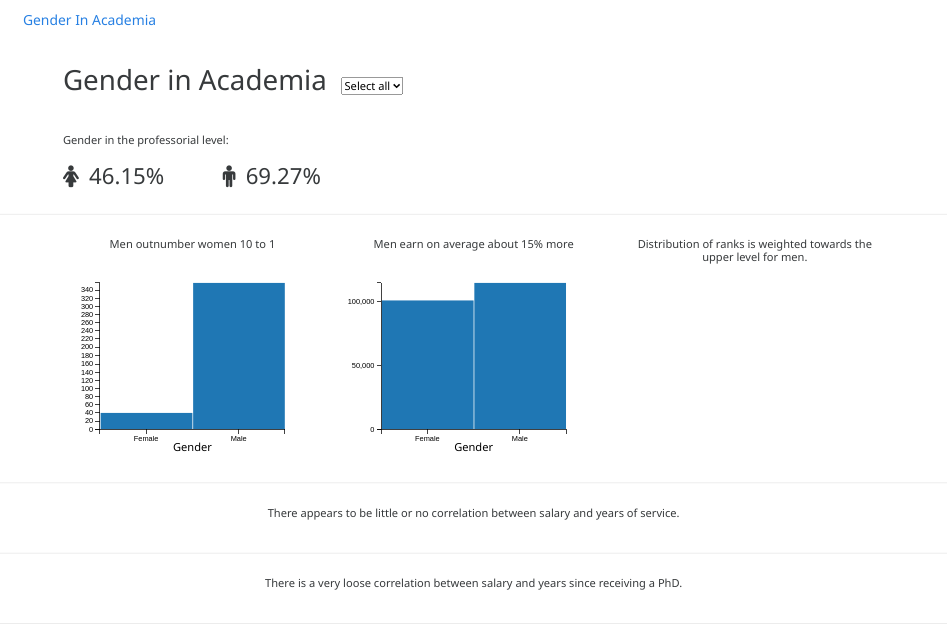
Repository: Angie55/dashboard-mini-project
Page: index.html
The author's editor kept a record of every edit. The page is drawn from the files as they stood at one moment, then again after the next edit.
The browser window is 1280 px wide. The pictures show the whole page, at 74% of full size.

Above is the page before.
Console error: TypeError: Cannot read properties of null (reading 'textContent')

### index.html
<!DOCTYPE html>
<html lang="en">
<head>
    <meta charset="UTF-8">
    <meta name="viewport" content="width=device-width, initial-scale=1.0">
    <meta http-equiv="X-UA-Compatible" content="ie=edge">
    <title>Gender In Academia</title>

    <link rel="stylesheet" href="static/css/bootstrap.min.css" type="text/css"/>
    <link rel="stylesheet" href="static/css/dc.min.css" type="text/css"/>
    <link rel="stylesheet" type="text/css" href="https://maxcdn.bootstrapcdn.com/font-awesome/4.7.0/css/font-awesome.min.css">
    <link rel="stylesheet" href="static/css/style.css" type="text/css"/>

    <script type="text/javascript" src="static/js/d3.min.js"></script>
    <script type="text/javascript" src="static/js/crossfilter.min.js"></script>
    <script type="text/javascript" src="static/js/dc.min.js"></script>
    <script type="text/javascript" src="static/js/queue.min.js"></script>
    <script type="text/javascript" src="static/js/graph.js"></script>
</head>

<body>
    <nav class="navbar navbar-default">
      <div class="container-fluid">
        <div class="navbar-header">
          <a class="navbar-brand" href="#">Gender In Academia</a>
        </div>
    </div>
    </nav>

    <main>
      <section class="section">
        <div class="container">

          <div class="row">
            <div class="col-xs-12 col-sm-12">
              <h1 class="section-heading">Gender in Academia</h1>
              <div id="discipline-selector"></div>
            </div>
          </div>

          <div class="row">
                    <div class="col-xs-12 col-sm-12">
                        <p class="section-paragraph">Gender in the professorial level:</p>
                    </div>

            <div class="col-xs-12 col-sm-6 col-lg-6">
                <i class="fa fa-female fa-gender" aria-hidden="true"></i> <span class="number-box" id="percent-of-women-professors"></span>
                <i class="fa fa-male fa-gender" aria-hidden="true"></i> <span class="number-box" id="percent-of-men-professors"></span>
            </div>
          </div>
        </div>
    </section>


      <section class="section">
        <div class="container">

          <div class="row">
            <div class="col-xs-12 col-sm-4 text-center">
              <p class="section-paragraph">Men outnumber women 10 to 1</p>
              </div>
              <div class="col-xs-12 col-sm-4 text-center">
                <p class="section-paragraph">Men earn on average about 15% more</p>
              </div>
              <div class="col-xs-12 col-sm-4 text-center">
                            <p class="section-paragraph">Distribution of ranks is weighted towards the upper level for men.</p>
                        </div>
            </div>

            <div class="row">
              <div class="col-xs-12 col-sm-4 text-center" id="gender-balance" class="custom-chart"></div>
              <div class="col-xs-12 col-sm-4 text-center" id="average-salary" class="custom-chart"></div>
              <div class="col-xs-12 col-sm-4 text-center" id="rank-distribution" class="custom-chart"></div>
            </div>
          </div>
        </section>

        <section class="section">
          <div class="container">

            <div class="row">
              <div class="col-xs-12 col-sm-12 text-center">
                <p class="section-paragraph">There appears to be little or no correlation between salary and years of service.</p>
            </div>

            <div class="col-xs-12 col-sm-12 text-center" id="service-salary">

            </div>
          </div>
        </div>
      </section>

      <section class="section">
        <div class="container">

          <div class="row">
            <div class="col-xs-12 col-sm-12 text-center">
              <p class="section-paragraph">There is a very loose correlation between salary and years since receiving a PhD.</p>
            </div>

            <div class="col-xs-12 col-sm-12 text-center" id="phd-salary"></div>
          </div>

        </div>
      </section>
   </main>
</body>
</html>

### static/css/style.css


.navbar-default {
	background-image: none;
	margin-bottom: 0;
}

.section-heading, #discipline-selector {
	display: inline-block;
	float: none;
	margin: 0;
}

.section-heading {
	margin-bottom: 50px;
}

#discipline-selector {
	margin-left: 15px;
}

.number-box {
	margin-right: 75px;
}

.number-box, .fa.fa-gender {
    font-size: 30px;
    font-weight: 500;
}

.fa-gender {
	margin-right: 10px;
}

.custom-chart {
	margin-bottom: 40px;
}

.section {
	border-bottom: 1px solid #e6e6e6;
	padding: 30px 0;
}

.section-paragraph {
	line-height: 1.2;
}

### static/js/graph.js
queue()
    .defer(d3.csv, 'data/Salaries.csv')
    .await(makeGraphs);

function makeGraphs(error, salaryData) {
    var ndx = crossfilter(salaryData);

    salaryData.forEach(function(d){
        d.salary = parseInt(d.salary);
        d.yrs_since_phd = parseInt(d["yrs.since.phd"]);
        d.yrs_service = parseInt(d["yrs.service"]);
    });

    show_discipline_selector(ndx);

    show_percent_that_are_professors(ndx, "Female", "#percent-of-women-professors");
    show_percent_that_are_professors(ndx, "Male", "#percent-of-men-professors");

    show_gender_balance(ndx);
    show_average_salary(ndx);
    show_rank_distribution(ndx);

    show_service_to_salary_correlation(ndx);
    show_phd_to_salary_correlation(ndx);

    dc.renderAll();
}

function show_discipline_selector(ndx){
    var dim = ndx.dimension(dc.pluck('discipline'));
    var group = dim.group();

    dc.selectMenu('#discipline-selector')
    .dimension(dim)
    .group(group);
}


function show_percent_that_are_professors(ndx, gender, element) {
    var percentageThatAreProf = ndx.groupAll().reduce (
        function(p, v) {
            if (v.sex === gender) {
                p.count++;
                if (v.rank === 'Prof') {
                    p.are_prof++;
                }
            }
            return p;
        },
        function(p, v) {
            if (v.sex === gender) {
                p.count--;
                if (v.rank === "Prof") {
                    p.are_prof--;
                }
            }
            return p;
        },
        function () {
            return {count: 0, are_prof: 0}
        }
    );

    dc.numberDisplay(element)
    .formatNumber(d3.format('.2%'))
    .valueAccessor(function (d) {
            if (d.count == 0) {
                return 0;
            } else {
                return (d.are_prof / d.count);
            }
        })
        .group(percentageThatAreProf)
}


function show_gender_balance(ndx) {
    var dim = ndx.dimension(dc.pluck('sex'));
    var group = dim.group();

    dc.barChart('#gender-balance')
    .width(350)
    .height(250)
    .margins({top: 10, right: 50, bottom: 30, left: 50})
    .dimension(dim)
    .group(group)
    .transitionDuration(500)
    .x(d3.scale.ordinal())
    .xUnits(dc.units.ordinal)
    .xAxisLabel('Gender')
    .yAxis().ticks(20);
}

function show_average_salary(ndx) {
    var dim = ndx.dimension(dc.pluck('sex'));

    function add_item(p, v) {
        p.count++;
        p.total += v.salary;
        p.average = p.total / p.count;
        return p;
    }

    function remove_item(p, v) {
        p.count--;
        if(p.count == 0) {
            p.total = 0;
            p.average = 0;
        } else {
        p.total -= v.salary;
        p.average = p.total / p.count;
        }
        return p;
    }

    function initialise() {
        return {count: 0, total: 0, average: 0}
    }

    var averageSalaryByGender = dim.group().reduce(add_item, remove_item, initialise);

    dc.barChart('#average-salary')
    .width(350)
    .height(250)
    .margins({top: 10, right: 50, bottom: 30, left: 50})
    .dimension(dim)
    .group(averageSalaryByGender)
    .valueAccessor(function(d) {
        return d.value.average.toFixed(2);
    })
    .transitionDuration(500)
    .x(d3.scale.ordinal())
    .xUnits(dc.units.ordinal)
    .elasticY(true)
    .xAxisLabel('Gender')
    .yAxis().ticks(4);

}

function show_rank_distribution(ndx) {

  function rankByGender(dimension, rank) {
      return dimension.group().reduce(
    function(p, v) {
        p.total++;
        if(v.rank == rank) {
            p.match++;
        }
        return p;
    },
    function(p, v) {
        p.total--;
        if(v.rank == rank) {
            p.match--;
        }
        return p;
    },
    function () {
        return {total: 0, match: 0}
    }
  );
 }


  var dim = ndx.dimension(dc.pluck('sex'));
  var profByGender = rankByGender(dim, 'Prof');
  var asstProfByGender = rankByGender(dim, 'AsstProf');
  var assocProfByGender = rankByGender(dim, 'AssocProf');

  dc.barChart('#ranking-distribution')
    .width(350)
    .height(250)
    .dimension(dim)
    .group(profByGender, 'Prof')
    .stack(asstProfByGender, 'Asst Prof')
    .stack(assocProfByGender, 'Assoc Prof')
    .valueAccessor(function(d) {
        if(d.value.total > 0) {
         return (d.value.match / d.value.total) * 100;
    } else {
        return 0;
       }
    })
    .x(d3.scale.ordinal())
    .xUnits(dc.units.ordinal)
    .xAxisLabel("Gender")
    .legend(dc.legend().x(320).y(20).itemHeight(15).gap(5))
    .margins({top: 10, right: 100, bottom: 30, left: 30});
}

function show_service_to_salary_correlation(ndx) {

    var genderColors = d3.scale.ordinal()
    .domain(['Female', 'Male'])
    .range(['pink', 'blue']);

    var eDim = ndx.dimension(dc.pluck("yrs_service"));
    var experienceDim = ndx.dimension(function(d) {
        return [d.yrs_service, d.salary, d.rank, d.sex];
    });
    var experienceSalaryGroup = experienceDim.group();

    var minExperience = eDim.bottom(1)[0].yrs_service;
    var maxExperience = eDim.top(1)[0].yrs_service;

    dc.scatterPlot("#service-salary")
        .width(800)
        .height(400)
        .x(d3.scale.linear().domain([minExperience, maxExperience]))
        .brushOn(false)
        .symbolSize(8)
        .clipPadding(10)
        .yAxisLabel("Salary")
        .xAxisLabel("Years Of Service")
        .title(function(d) {
            return d.key[2] + " earned " + d.key[1];
        })
        .colorAccessor(function(d) {
            return d.key[3];
        })
        .colors(genderColors)
        .dimension(experienceDim)
        .group(experienceSalaryGroup)
        .margins({top: 10, right: 50, bottom: 75, left: 75});
}

function show_phd_to_salary_correlation(ndx) {

    var genderColors = d3.scale.ordinal()
        .domain(["Female", "Male"])
        .range(["pink", "blue"]);

    var pDim = ndx.dimension(dc.pluck("yrs_since_phd"));
    var phdDim = ndx.dimension(function(d) {
       return [d.yrs_since_phd, d.salary, d.rank, d.sex];
    });
    var phdSalaryGroup = phdDim.group();

    var minPhd = pDim.bottom(1)[0].yrs_since_phd;
    var maxPhd = pDim.top(1)[0].yrs_since_phd;

    dc.scatterPlot("#phd-salary")
        .width(800)
        .height(400)
        .x(d3.scale.linear().domain([minPhd, maxPhd]))
        .brushOn(false)
        .symbolSize(8)
        .clipPadding(10)
        .xAxisLabel("Years Since PhD")
        .title(function(d) {
            return d.key[2] + " earned " + d.key[1];
        })
        .colorAccessor(function (d) {
            return d.key[3];
        })
        .colors(genderColors)
        .dimension(phdDim)
        .group(phdSalaryGroup)
        .margins({top: 10, right: 50, bottom: 75, left: 75});
}

Loaded but not shown: static/css/bootstrap.min.css (library); static/css/dc.min.css (library); static/js/d3.min.js (library); static/js/crossfilter.min.js (library); static/js/dc.min.js (library); static/js/queue.min.js (common file)

After the next edit:
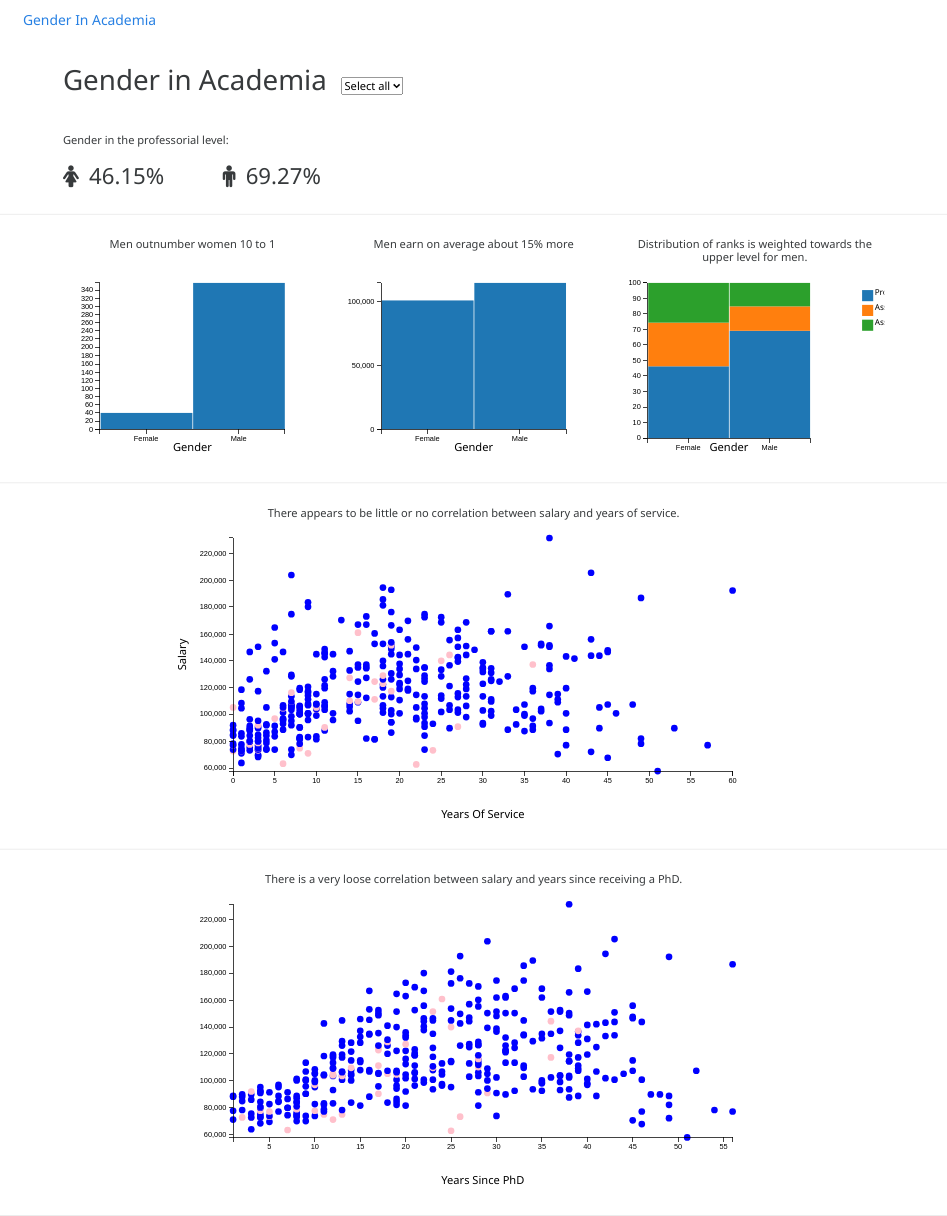
The error is gone.
The edit:
--- a/index.html
+++ b/index.html
@@ -70,7 +70,7 @@
             <div class="row">
               <div class="col-xs-12 col-sm-4 text-center" id="gender-balance" class="custom-chart"></div>
               <div class="col-xs-12 col-sm-4 text-center" id="average-salary" class="custom-chart"></div>
-              <div class="col-xs-12 col-sm-4 text-center" id="rank-distribution" class="custom-chart"></div>
+              <div class="col-xs-12 col-sm-4 text-center" id="ranking-distribution" class="custom-chart"></div>
             </div>
           </div>
         </section>
